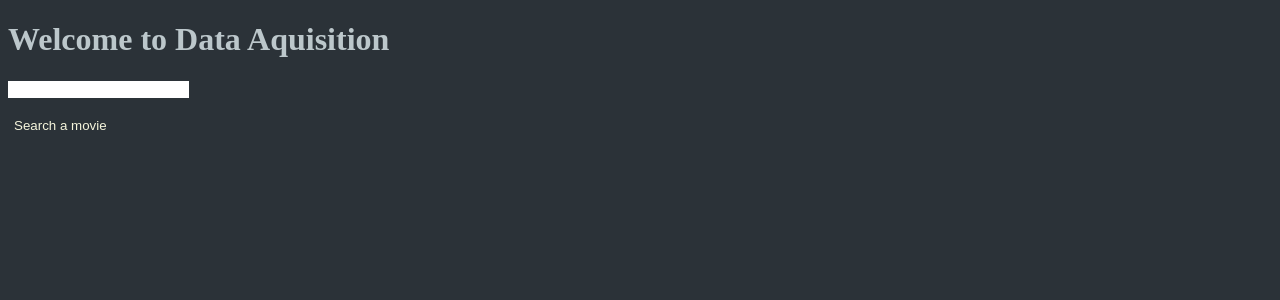
Repository: randy918/good-naked-beginning
Page: index.html
An editor plug-in stored every save of this project. The page is shown before and after the next save, followed by the edit.
The browser window is 1280 px wide. The pictures show the whole page.
The style sheet was rebuilt from its Sass, Less or Tailwind sources for each picture, by a compiler version that may differ from the author's.

Above is the page before, as saved 2023-01-01 15:14:30.

After the next save:
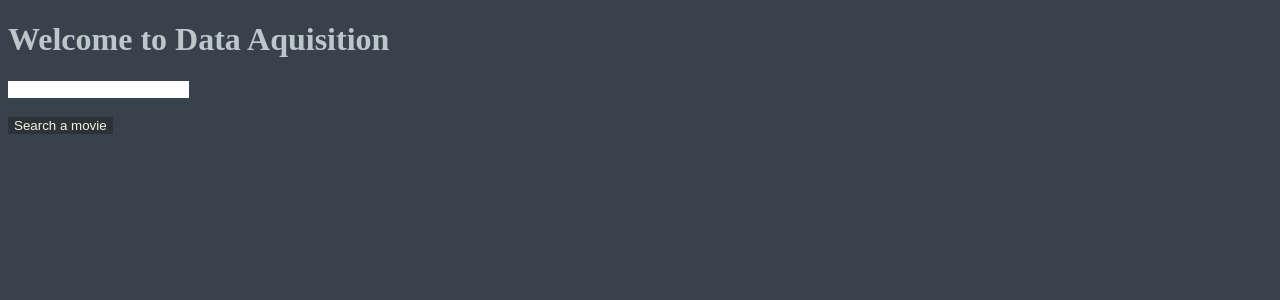
Saved 24 s later.
--- a/css/main.scss
+++ b/css/main.scss
@@ -31,7 +31,7 @@ $colors: (bg: rgba(55, 66, 76, 1),
 body {
 color: getColor(bbb2-TranquilSea);
 
-background: getColor(theDarkGray);
+background: getColor(bg);
 
 }
 
